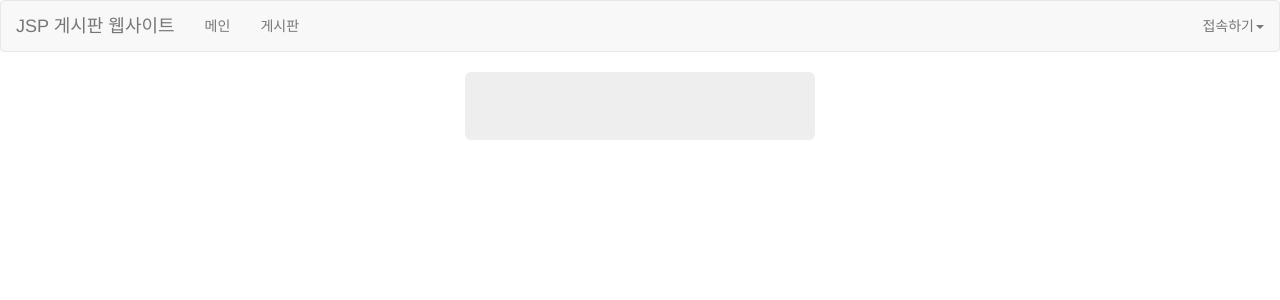
Repository: dofd6220/JSP-
Page: http://localhost/BBS/login.jsp
The author's editor kept a copy of each file at every save. The page is drawn from the files as they stood at one save, then again after the next save.
The browser window is 1280 px wide. The pictures show the whole page.
Some web libraries are served in a nearby version. The page is served by Tomcat 9.

Above is the page before, as saved 2023-11-18 12:01:07.

After the next save:
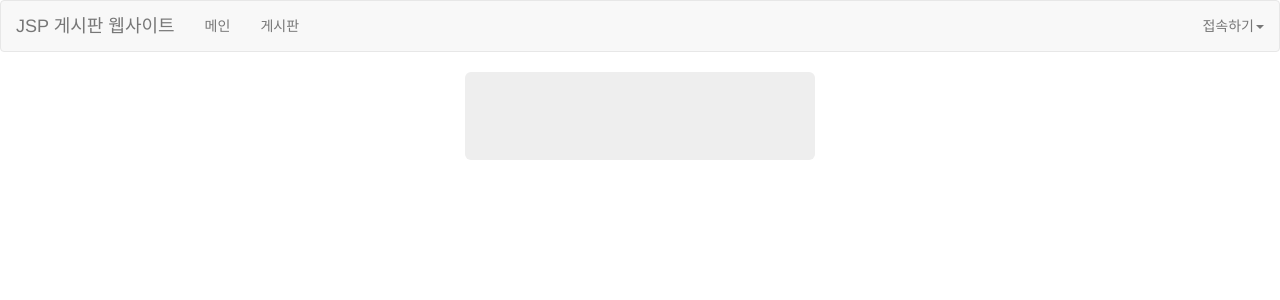
Saved 26 s later.
--- a/BBS/src/main/webapp/login.jsp
+++ b/BBS/src/main/webapp/login.jsp
@@ -45,6 +45,7 @@
 		<div class="col-lg-4">
 			<div class="jumbotron" style="padding-top: 20px;">
 				<form method="post" action="LoginAction.jsp">
+					<h3 style="text-align: center;">
 				</form>
 			</div>
 		</div>
